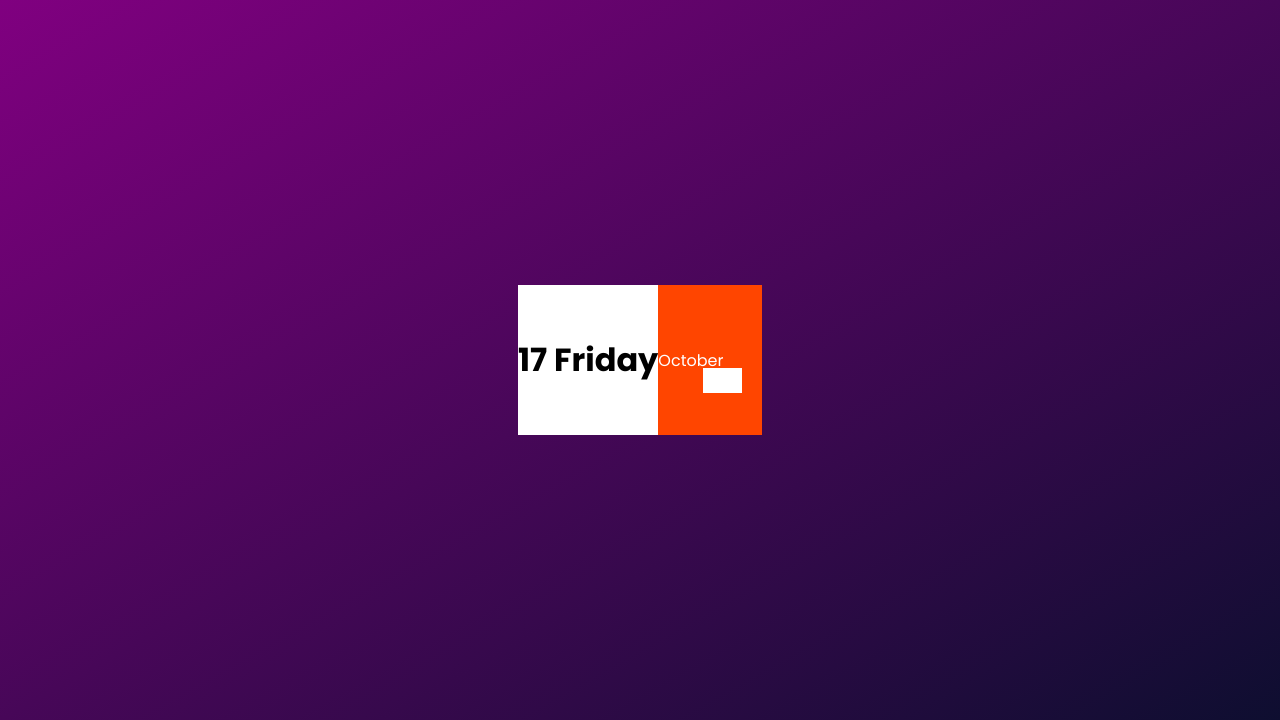
Repository: Ankitkr2021/Calendar
Page: index.html
The author's editor kept a copy of each file at every save. The page is drawn from the files as they stood at one save, then again after the next save.
The browser window is 1280 px wide. The pictures show the whole page.

Above is the page before, as saved 2025-10-17 19:25:56.

### index.html
<!DOCTYPE html>
<html lang="en">
<head>
    <meta charset="UTF-8">
    <meta name="viewport" content="width=device-width, initial-scale=1.0">
    <title>Document</title>
    <link rel="stylesheet" href="./style.css">
</head>
<body>
    <div class="box">
        <div class="date"><h1>17 Friday</h1></div>
        <div class="month">
            <div class="mon">October</div>
            <div class="year">2025</div>
        </div>
    </div>
</body>
</html>

### style.css
@import url('https://fonts.googleapis.com/css2?family=Poppins:wght@100;200;300;400;500;600;700;800;900&display=swap');

*{
    margin: 0;
    padding: 0;
    box-sizing: border-box;
    font-family: "Poppins",sans-serif;
}

.box {
    display: flex;
    align-items: center;
    justify-content: center;
    height: 100vh;
    background: linear-gradient(to bottom right, purple, rgb(14, 14, 48));
    color: #fff;
}

.date {
    background: #fff;
    color: #000;
    height: 150px;
    display: flex;
    align-items: center;
    justify-content: center;

}

.mon {
    display: flex;
    align-items: center;
    justify-content: center;
}

.year {
    background: #fff;
    position: relative;
    right: 20px;
    top: 20px;
}

.month{
    background: orangered;
    height: 150px;
    display: flex;
    align-items: center;
    justify-content: center;
}

After the next save:
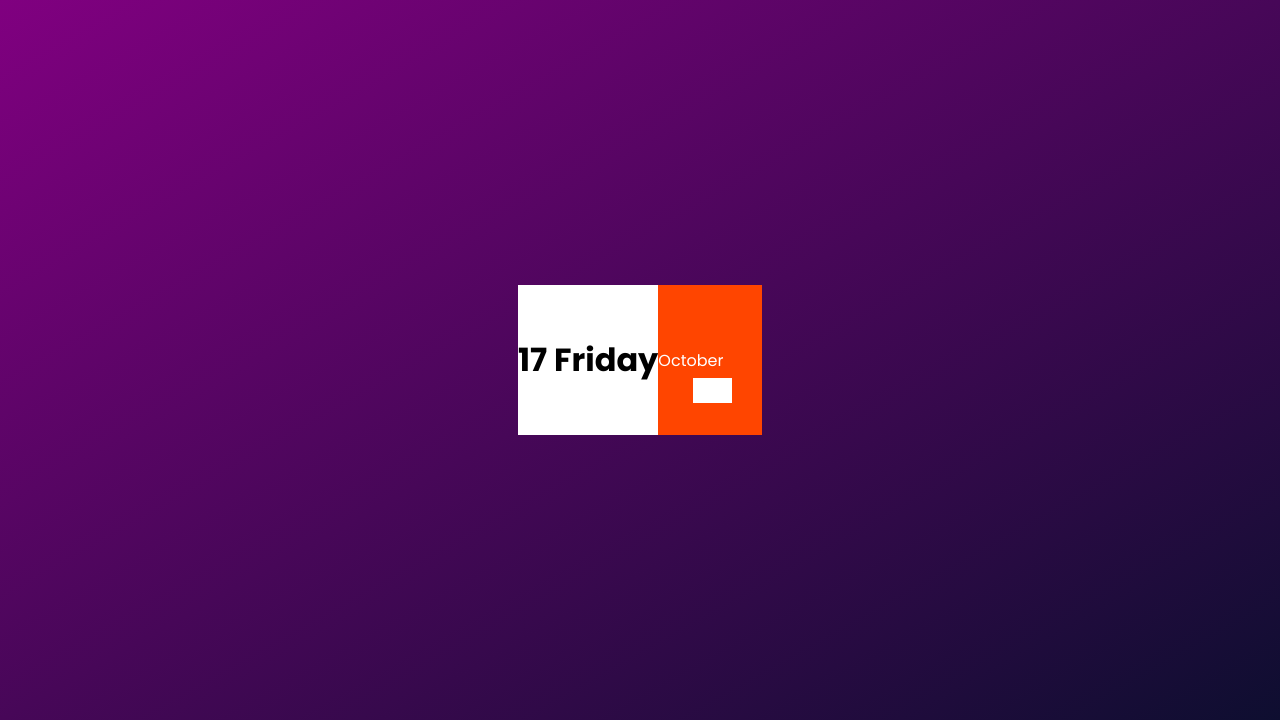
Saved 7 s later.
--- a/style.css
+++ b/style.css
@@ -35,8 +35,8 @@
 .year {
     background: #fff;
     position: relative;
-    right: 20px;
-    top: 20px;
+    right: 30px;
+    top: 30px;
 }
 
 .month{
